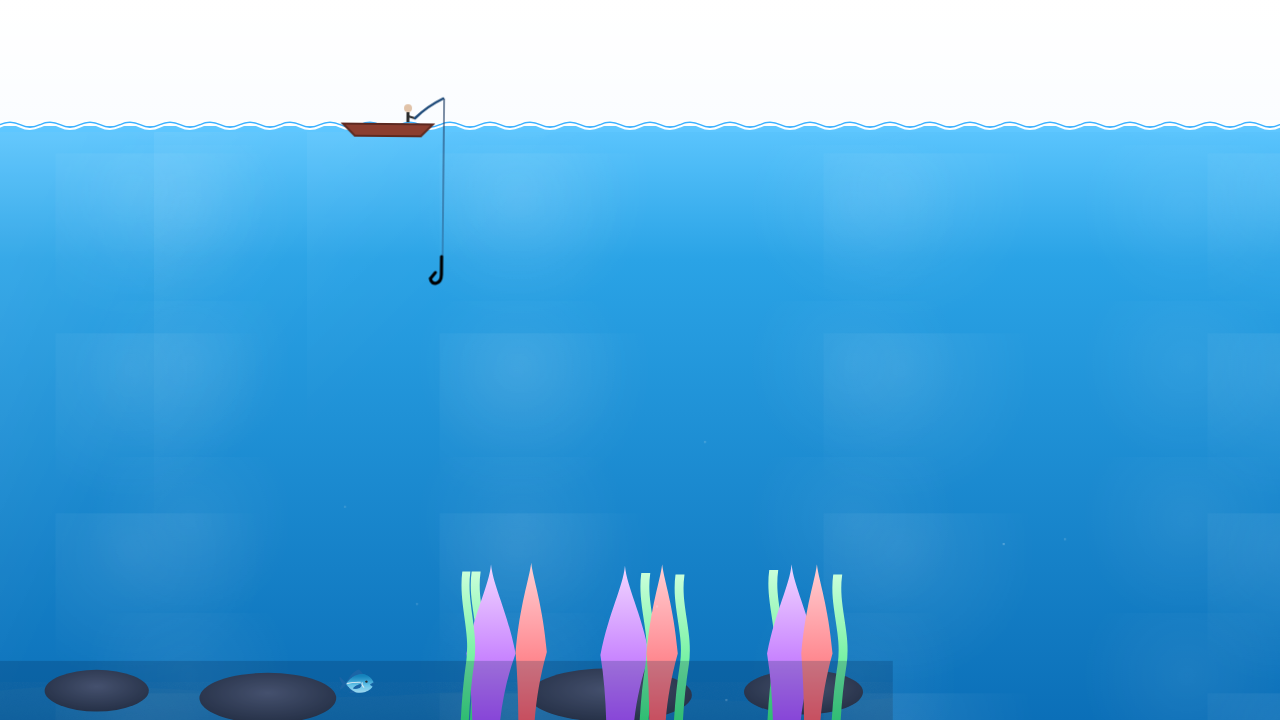
Repository: DeepFriedTurkey441/fd_game_project
Page: index.html
The author's editor kept a copy of each file at every save. The page is drawn from the files as they stood at one save, then again after the next save.
The browser window is 1280 px wide. The pictures show the whole page.

Above is the page before, as saved 2025-09-23 08:20:53.

After the next save:
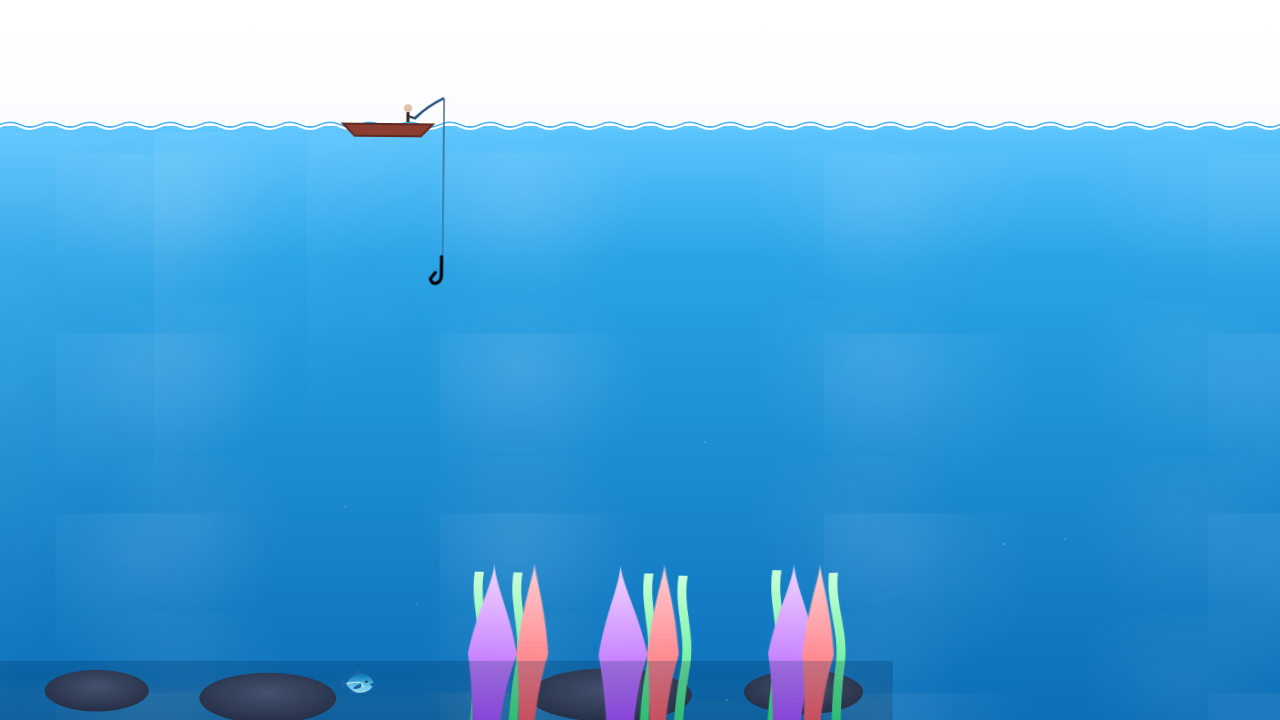
Saved 19 s later.
--- a/style.css
+++ b/style.css
@@ -56,6 +56,17 @@ body {
 
 /* Realistic aquarium background container */
 #aquarium-bg { position:absolute; left:0; right:0; bottom:0; height: 62vh; z-index:1; pointer-events:none; }
+/* Plant sway animations */
+.sway { animation: sway 6s ease-in-out infinite; transform-origin: 50% 100%; }
+.sway.slow { animation-duration: 8.5s; }
+.sway.fast { animation-duration: 4.5s; }
+@keyframes sway {
+  0% { transform: rotate(0deg); }
+  25% { transform: rotate(2.2deg); }
+  50% { transform: rotate(-2.8deg); }
+  75% { transform: rotate(1.6deg); }
+  100% { transform: rotate(0deg); }
+}
 
 /* God-rays */
 #light-rays { position: absolute; left:0; right:0; top: calc(100vh/6); bottom:0; pointer-events:none; z-index:1;
